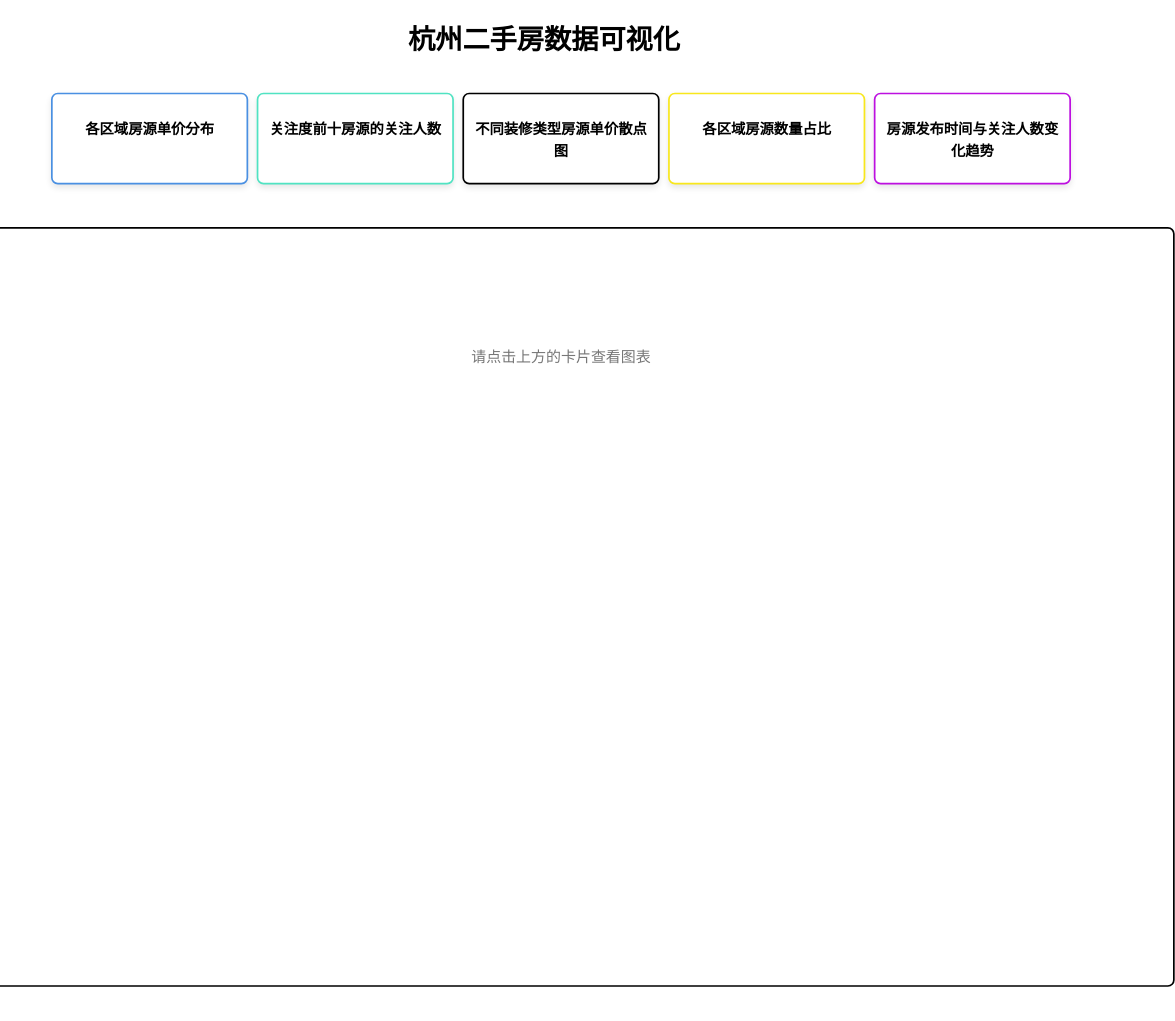
Repository: sakimi-9/DPV-SHP_HangZhou
Page: / (app in rendering/)
An editor plug-in stored every save of this project. The page is shown before and after the next save, followed by the edit.
The browser window is 1280 px wide. The page is 1382 px wide, then 1314 px, so the pictures cover 1382 px, including what lies to the right of the window. The pictures show the whole page, at 85% of full size.
The project was rebuilt for these pictures with package versions that can differ from the ones it lists, and the page was loaded fresh each time. Also part of the build but not shown: rendering/vite.config.ts.

Above is the page before, as saved 2025-05-29 11:49:56.

After the next save:
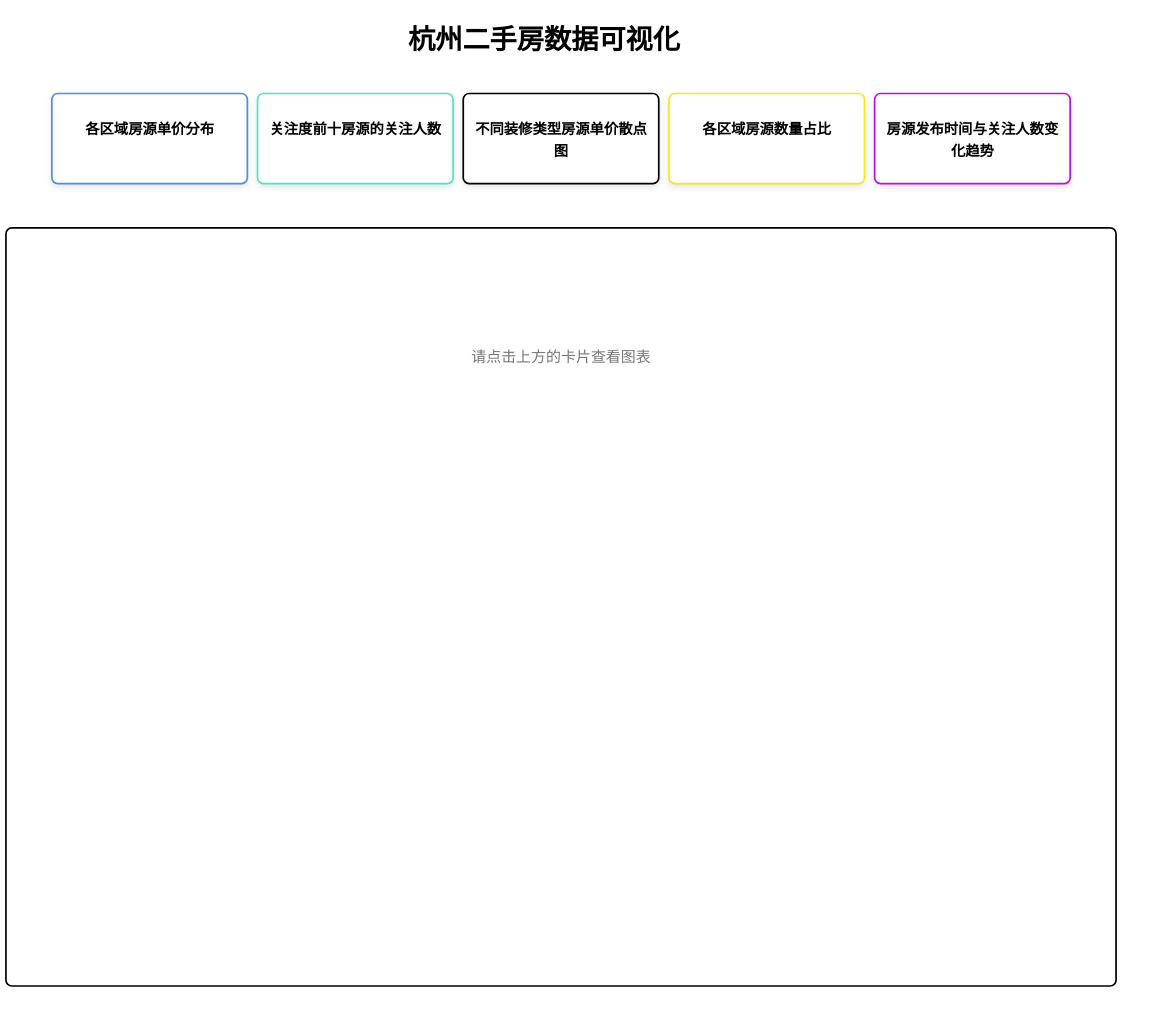
Saved 10 s later.
--- a/rendering/src/components/HouseCharts.vue
+++ b/rendering/src/components/HouseCharts.vue
@@ -524,7 +524,7 @@ onMounted(() => {
     /* Black border */
     border-radius: 8px;
     padding: 20px;
-    width: 160%;
+    width: 100%;
     max-width: 1400px;
     /* Keep max width */
     display: flex;
